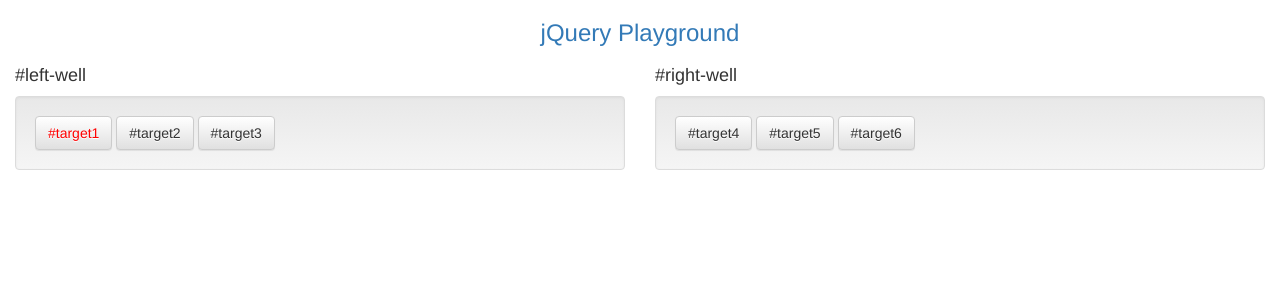
Repository: glgeorgiou/100-days-of-code-projects
Page: Front End Libraries Certification/2.Introduction to jQuery/9.disable-an-element.html
An editor plug-in stored every save of this project. The page is shown before and after the next save, followed by the edit.
The browser window is 1280 px wide. The pictures show the whole page.

Above is the page before, as saved 2019-05-22 13:15:06.

### Front End Libraries Certification/2.Introduction to jQuery/9.disable-an-element.html
<!DOCTYPE html>
<html lang="en">
<head>
  <meta charset="UTF-8">
  <meta name="viewport" content="width=device-width, initial-scale=1.0">
  <meta http-equiv="X-UA-Compatible" content="ie=edge">
  <title>jQuery Playground</title>

   <!-- Latest compiled and minified CSS -->
   <link rel="stylesheet" href="https://stackpath.bootstrapcdn.com/bootstrap/3.4.1/css/bootstrap.min.css" integrity="sha384-HSMxcRTRxnN+Bdg0JdbxYKrThecOKuH5zCYotlSAcp1+c8xmyTe9GYg1l9a69psu" crossorigin="anonymous">

   <!-- Optional theme -->
   <link rel="stylesheet" href="https://stackpath.bootstrapcdn.com/bootstrap/3.4.1/css/bootstrap-theme.min.css" integrity="sha384-6pzBo3FDv/PJ8r2KRkGHifhEocL+1X2rVCTTkUfGk7/0pbek5mMa1upzvWbrUbOZ" crossorigin="anonymous">

  <script src="jquery-3.4.1.min.js"></script>
</head>

<body>
    <!-- https://api.jquery.com/removeClass-->
    <script>
        $(document).ready(function() {
          $("#target1").css("color","red"); //Change the color
        });
    </script>
  <!-- Only change code above this line. -->

<div class="container-fluid">
  <h3 class="text-primary text-center">jQuery Playground</h3>
  <div class="row">
    <div class="col-xs-6">
      <h4>#left-well</h4>
      <div class="well" id="left-well">
        <button class="btn btn-default target" id="target1">#target1</button>
        <button class="btn btn-default target" id="target2">#target2</button>
        <button class="btn btn-default target" id="target3">#target3</button>
      </div>
    </div>
    <div class="col-xs-6">
      <h4>#right-well</h4>
      <div class="well" id="right-well">
        <button class="btn btn-default target" id="target4">#target4</button>
        <button class="btn btn-default target" id="target5">#target5</button>
        <button class="btn btn-default target" id="target6">#target6</button>
      </div>
    </div>
  </div>
</div>

     <!-- Boostrap-->
        <!-- Latest compiled and minified JavaScript -->
        <script src="https://stackpath.bootstrapcdn.com/bootstrap/3.4.1/js/bootstrap.min.js" integrity="sha384-aJ21OjlMXNL5UyIl/XNwTMqvzeRMZH2w8c5cRVpzpU8Y5bApTppSuUkhZXN0VxHd" crossorigin="anonymous"></script>
</body>
</html>

Loaded but not shown: Front End Libraries Certification/2.Introduction to jQuery/jquery-3.4.1.min.js (library)

After the next save:
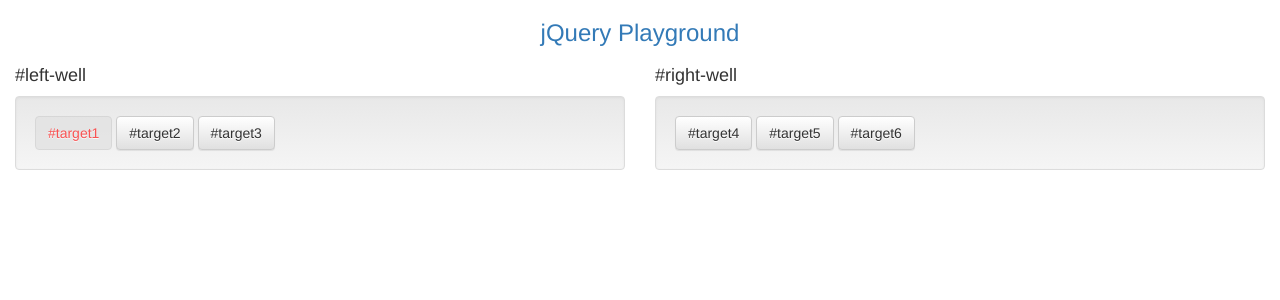
Saved 8 min 34 s later.
--- a/Front End Libraries Certification/2.Introduction to jQuery/9.disable-an-element.html
+++ b/Front End Libraries Certification/2.Introduction to jQuery/9.disable-an-element.html
@@ -16,10 +16,11 @@
 </head>
 
 <body>
-    <!-- https://api.jquery.com/removeClass-->
+    <!-- https://api.jquery.com/prop/ -->
     <script>
         $(document).ready(function() {
-          $("#target1").css("color","red"); //Change the color
+          $("#target1").css("color","red");
+          $("#target1").prop("disabled",true); //Chagne the 'disabled' property
         });
     </script>
   <!-- Only change code above this line. -->
